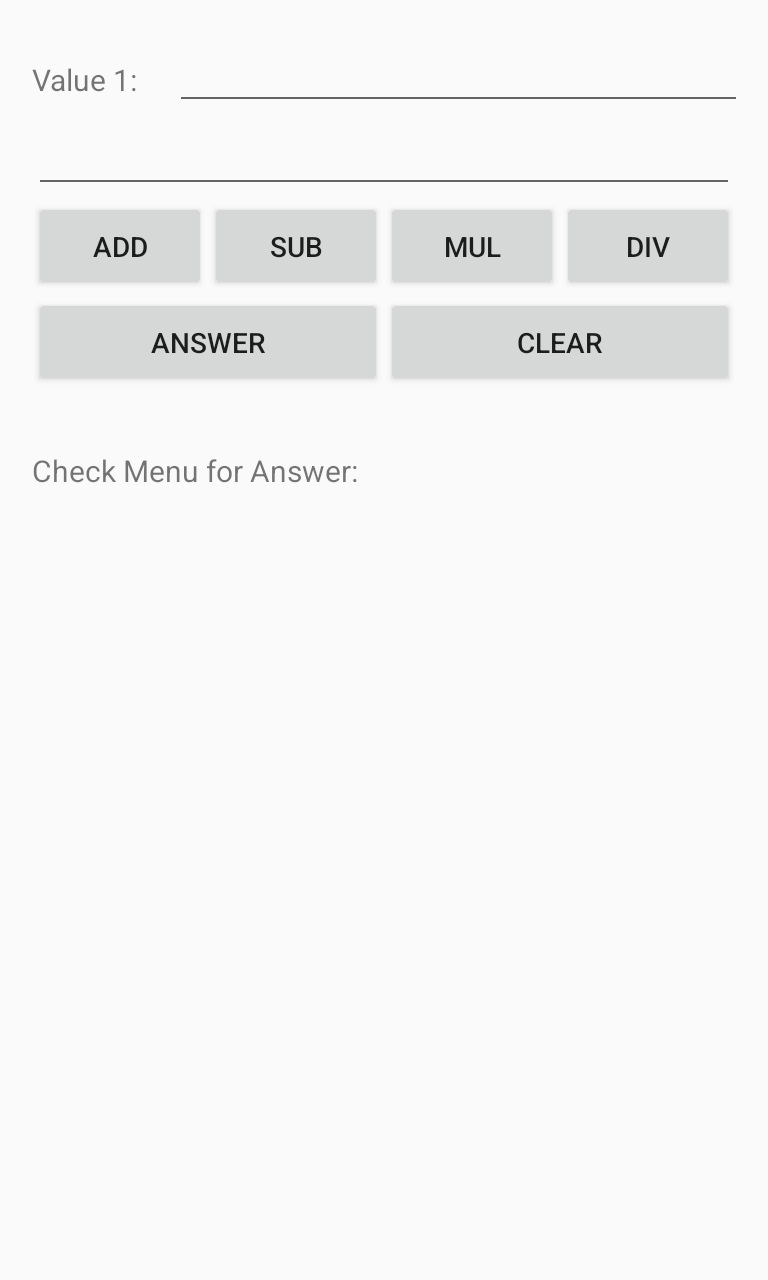
Repository: tamilkarun/Android
Layout: Calc/res/layout/fragment_main.xml
These files come from the project's save history. The layout is drawn as it stood at one moment and after the next save; the edit follows.
It is drawn on a 768 x 1280 px phone screen (xhdpi) without system bars, with theme AppTheme; the app's code is not run.

Above is the layout before, as saved 2014-05-14 06:33:49.

### Calc/res/layout/fragment_main.xml
<LinearLayout xmlns:android="http://schemas.android.com/apk/res/android"
    xmlns:tools="http://schemas.android.com/tools"
    android:id="@+id/LinearLayout1"
    android:layout_width="match_parent"
    android:layout_height="match_parent"
    android:orientation="vertical"
    android:paddingBottom="@dimen/activity_vertical_margin"
    android:paddingLeft="@dimen/activity_horizontal_margin"
    android:paddingRight="@dimen/activity_horizontal_margin"
    android:paddingTop="@dimen/activity_vertical_margin"
    tools:context="com.example.calc.MainActivity$PlaceholderFragment" >

    <LinearLayout
        android:id="@+id/linearLayout1"
        android:layout_width="fill_parent"
        android:layout_height="wrap_content"
        android:orientation="vertical" >
		<LinearLayout
		    android:layout_width="fill_parent"
        	android:layout_height="wrap_content"
        	android:orientation="horizontal"
        	android:weightSum="100">
        <TextView
            android:id="@+id/Value1"
            android:layout_width="fill_parent"
            android:layout_height="wrap_content"
            android:text="Value 1: "
            android:gravity="left"
            android:textSize="15dp"
            android:layout_weight="80"
            />
        <EditText
            android:id="@+id/Num1"
            android:layout_width="fill_parent"
            android:layout_height="wrap_content"
            android:layout_below="@+id/linearLayout1"
            android:layout_centerHorizontal="true"
            android:inputType="number" >
        </EditText>
		</LinearLayout>
        <EditText
            android:id="@+id/Num2"
            android:layout_width="fill_parent"
            android:layout_height="wrap_content"
            android:layout_alignLeft="@+id/Num1"
            android:layout_below="@+id/Num1"
            android:ems="10"
            android:inputType="number" />
		</LinearLayout>
		<LinearLayout
		    android:layout_width="fill_parent"
        	android:layout_height="wrap_content"
        	android:orientation="horizontal">
        <Button
            android:id="@+id/Add"
            android:layout_width="wrap_content"
            android:layout_height="wrap_content"
            android:text="Add" />
		<Button
            android:id="@+id/Sub"
            android:layout_width="wrap_content"
            android:layout_height="wrap_content"
            android:text="Sub" />
		<Button
            android:id="@+id/Mul"
            android:layout_width="wrap_content"
            android:layout_height="wrap_content"
            android:text="Mul" />
		<Button
            android:id="@+id/Div"
            android:layout_width="wrap_content"
            android:layout_height="wrap_content"
            android:text="Div" />
		</LinearLayout>

        <!-- <EditText -->
        <!-- android:id="@+id/Result" -->
        <!-- android:layout_width="wrap_content" -->
        <!-- android:layout_height="wrap_content" -->
        <!-- android:layout_alignLeft="@+id/Num2" -->
        <!-- android:layout_below="@+id/Add" -->
        <!-- android:ems="10" /> -->


    <LinearLayout
	    	android:layout_width="fill_parent"
        	android:layout_height="wrap_content"
        	android:orientation="horizontal"
        	android:weightSum="100"
        	>
        <Button
            android:id="@+id/AnswerButton"
            android:layout_width="wrap_content"
            android:layout_height="wrap_content"
            android:layout_weight="50"
            android:text="Answer" />
        <Button
            android:id="@+id/ClearButton"
            android:layout_width="wrap_content"
            android:layout_height="wrap_content"
            android:layout_weight="50"
            android:text="Clear" />

        </LinearLayout>



<TextView
            android:id="@+id/AddResult"
            android:layout_marginTop="30dp"
            android:layout_width="fill_parent"
            android:layout_height="wrap_content"
            android:text="Check Menu for Answer: "
            android:gravity="left"
            android:textSize="15dp" />
</LinearLayout>

Loaded but not shown: Calc/res/values/styles.xml (common file); Calc/res/values-v11/styles.xml (common file); Calc/res/values-v14/styles.xml (common file); Calc/res/values/dimens.xml (common file); Calc/res/values-w820dp/dimens.xml (common file)

After the next save:
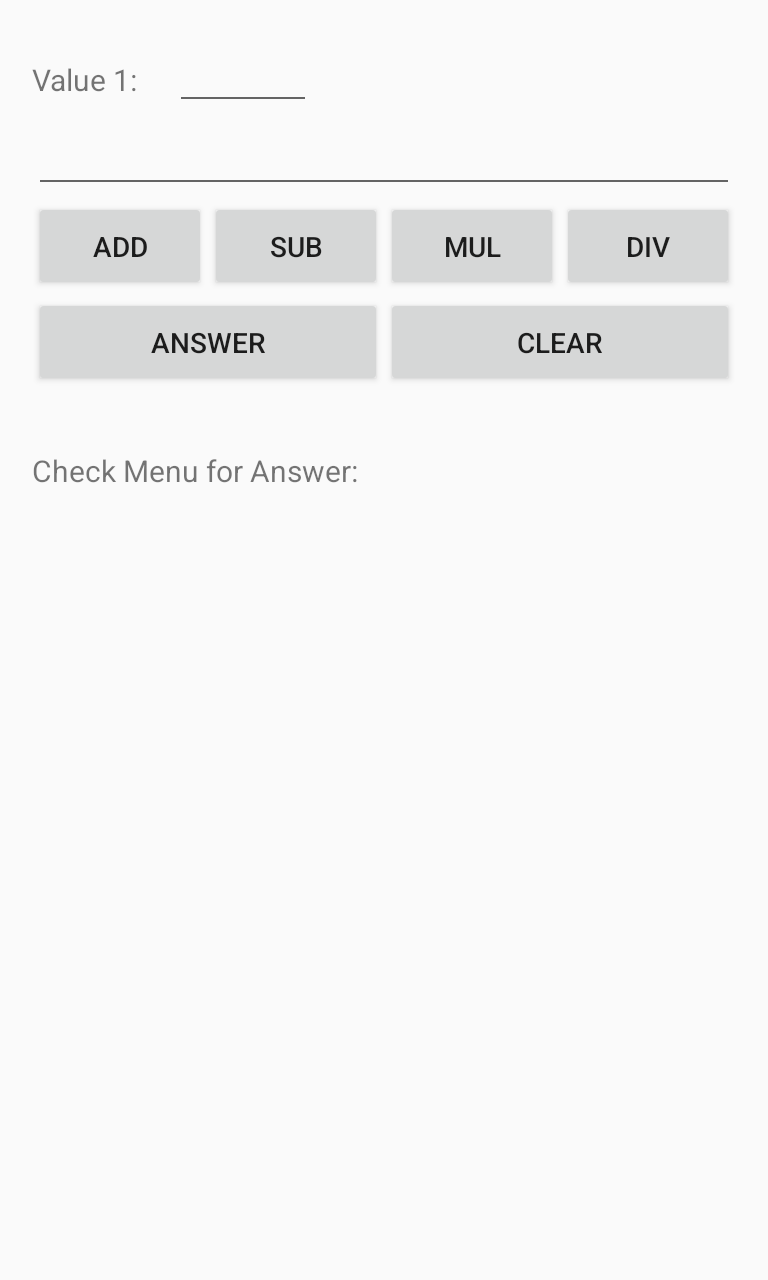
Saved 23 s later.
--- a/Calc/res/layout/fragment_main.xml
+++ b/Calc/res/layout/fragment_main.xml
@@ -35,7 +35,8 @@
             android:layout_height="wrap_content"
             android:layout_below="@+id/linearLayout1"
             android:layout_centerHorizontal="true"
-            android:inputType="number" >
+            android:inputType="number"
+            android:layout_weight="80" >
         </EditText>
 		</LinearLayout>
         <EditText

After the save that followed:
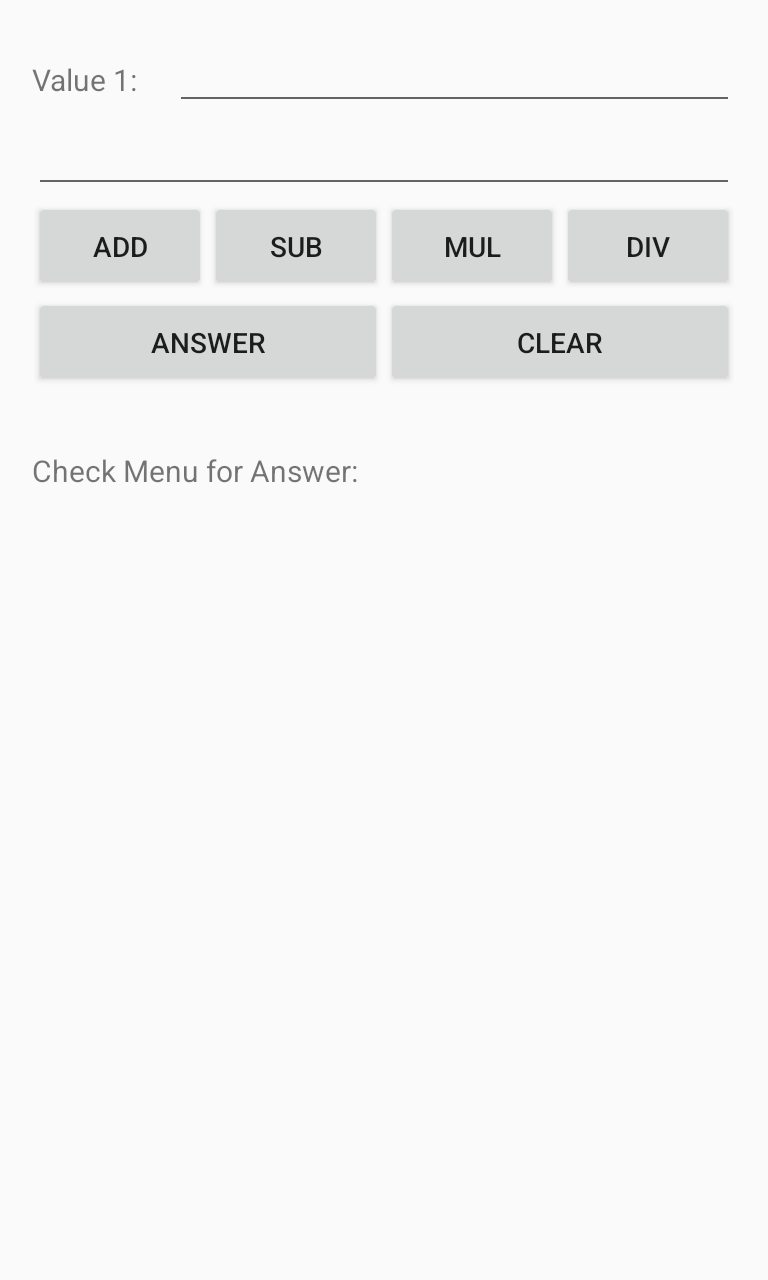
Saved 10 s later.
--- a/Calc/res/layout/fragment_main.xml
+++ b/Calc/res/layout/fragment_main.xml
@@ -36,7 +36,7 @@
             android:layout_below="@+id/linearLayout1"
             android:layout_centerHorizontal="true"
             android:inputType="number"
-            android:layout_weight="80" >
+            android:layout_weight="20" >
         </EditText>
 		</LinearLayout>
         <EditText
